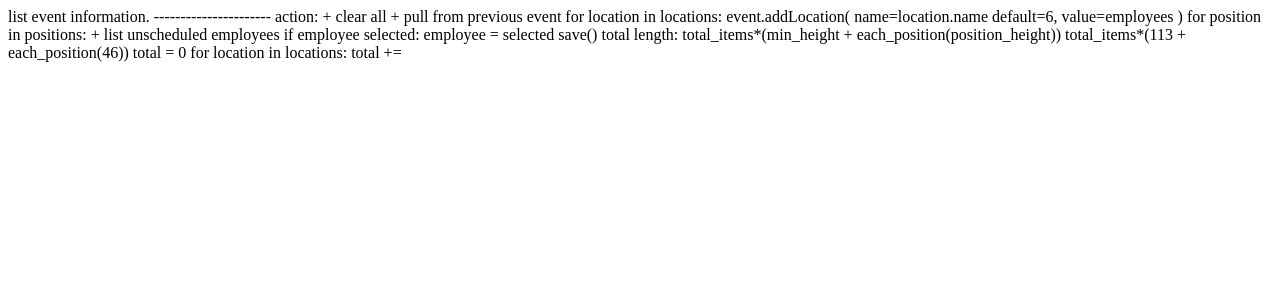
Repository: matthewrr/Employee-Scheduling-App
Page: outline.html
The author's editor kept a record of every edit. The page is drawn from the files as they stood at one moment, then again after the next edit.
The browser window is 1280 px wide. The pictures show the whole page.

Above is the page before.

### outline.html
list event information.
----------------------
action:
    + clear all
    + pull from previous event

for location in locations:
    event.addLocation(
        name=location.name
        default=6,
        value=employees
        )

    for position in positions:
        + list unscheduled employees

if employee selected:
    employee = selected

save()

total length:
    total_items*(min_height + each_position(position_height))

    total_items*(113 + each_position(46))

total = 0
for location in locations:
    total +=

After the next edit:
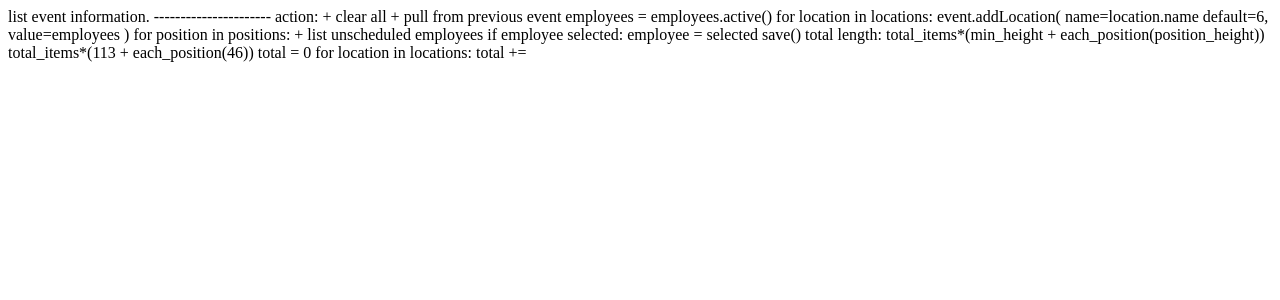
The edit:
--- a/outline.html
+++ b/outline.html
@@ -3,6 +3,8 @@
 action:
     + clear all
     + pull from previous event
+
+employees = employees.active()
 
 for location in locations:
     event.addLocation(
